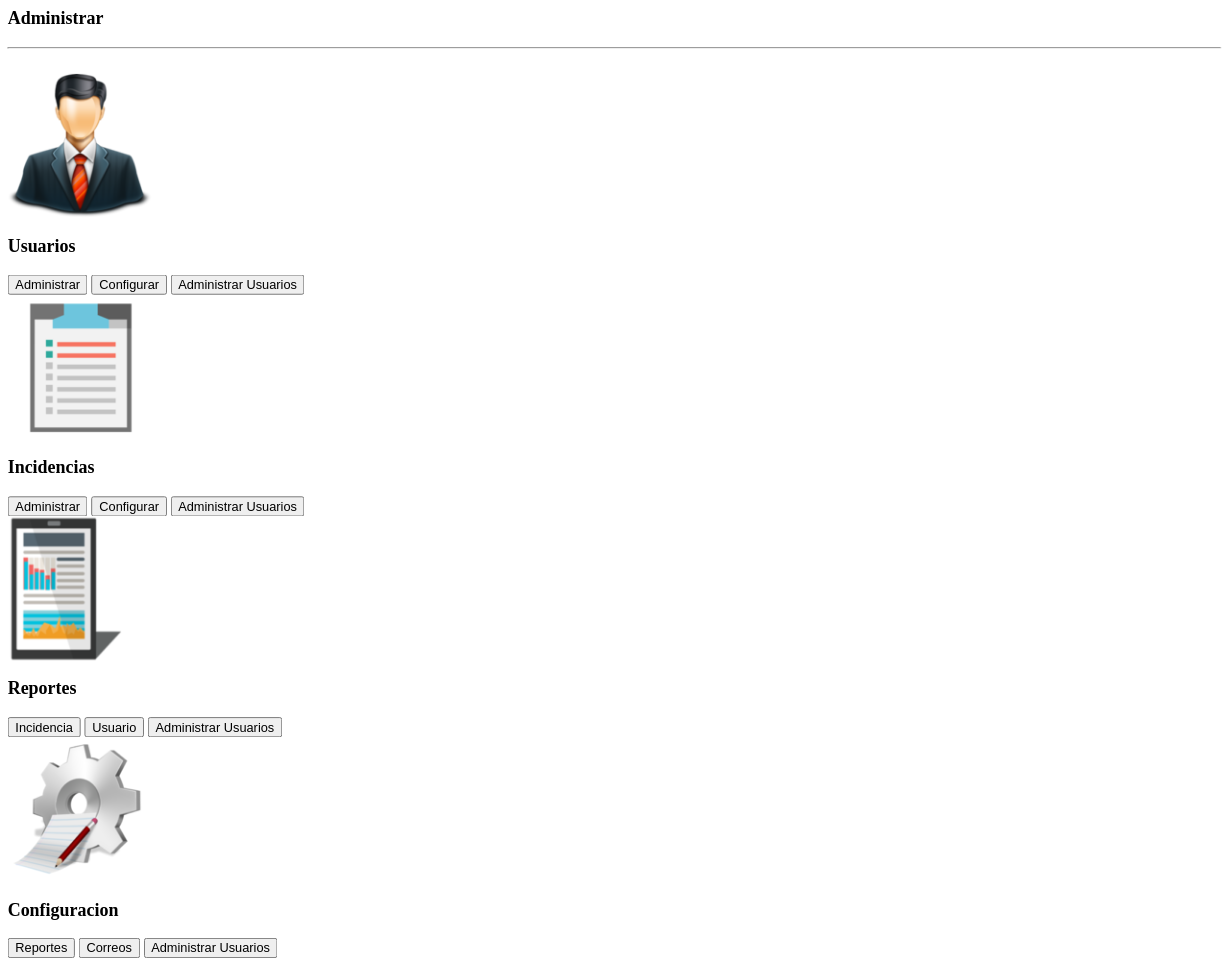
Repository: androla10/ProyectoCibert5to
Page: http://localhost/GDI/Admin/Admin.jsp
These files come from the project's save history. The page is drawn as it stood at one moment and after the next save; the edit follows.
The browser window is 1280 px wide. The pictures show the whole page, at 96% of full size.
The page is served by Tomcat 9. Nobody is signed in. The application's start-up code is not run. Other server files are loaded and not shown.

Above is the page before, as saved 2016-04-25 18:24:24.

### GDI/src/main/webapp/Admin/Admin.jsp
<div class="container-fluid">
	<h3><i class="fa fa-users" aria-hidden="true"></i> Administrar</h3>
	<hr>
	<br>
	<div class="row animated fadeIn">
		<div class="col-xs-12 col-sm-6 col-md-3 col-lg-3">
			<div class="thumbnail">
				<img src="../img/user.png" alt="Imagen User">
				<div class="caption">
					<h3>Usuarios</h3>
					<div class="list-group">
					  <button type="button" class="list-group-item"><i class="fa fa-user fa-1x"></i> Administrar</button>
					  <button type="button" class="list-group-item"><i class="fa fa-cog fa-1x"></i> Configurar</button>
					  <button type="button" class="list-group-item"><i class="fa fa-user fa-1x"></i> Administrar Usuarios</button>
					</div>
				</div>
			</div>
		</div>
		<div class="col-xs-12 col-sm-6 col-md-3 col-lg-3">
			<div class="thumbnail">
				<img src="../img/incidencia.png" alt="...">
				<div class="caption">
					<h3>Incidencias</h3>
					<div class="list-group">
					  <button type="button" class="list-group-item"><i class="fa fa-user fa-1x"></i> Administrar</button>
					  <button type="button" class="list-group-item"><i class="fa fa-user fa-1x"></i> Configurar</button>
					  <button type="button" class="list-group-item"><i class="fa fa-user fa-1x"></i> Administrar Usuarios</button>
					</div>
				</div>
			</div>
		</div>
		<div class="col-xs-12 col-sm-6 col-md-3 col-lg-3">
			<div class="thumbnail">
				<img src="../img/reporte.png" alt="...">
				<div class="caption">
					<h3>Reportes</h3>
					<div class="list-group">
					  <button type="button" class="list-group-item"><i class="fa fa-list-alt fa-1x"></i> Incidencia</button>
					  <button type="button" class="list-group-item"><i class="fa fa-user fa-1x"></i> Usuario</button>
					  <button type="button" class="list-group-item"><i class="fa fa-user fa-1x"></i> Administrar Usuarios</button>
					</div>
				</div>
			</div>
		</div>
		<div class="col-xs-12 col-sm-6 col-md-3 col-lg-3">
			<div class="thumbnail">
				<img src="../img/configuracion.png" alt="...">
				<div class="caption">
					<h3>Configuracion</h3>
					<div class="list-group">
					  <button type="button" class="list-group-item"><i class="fa fa-user fa-1x"></i> Reportes</button>
					  <button type="button" class="list-group-item"><i class="fa fa-user fa-1x"></i> Correos</button>
					  <button type="button" class="list-group-item"><i class="fa fa-user fa-1x"></i> Administrar Usuarios</button>
					</div>
				</div>
			</div>
		</div>
	</div>
</div>

After the next save:
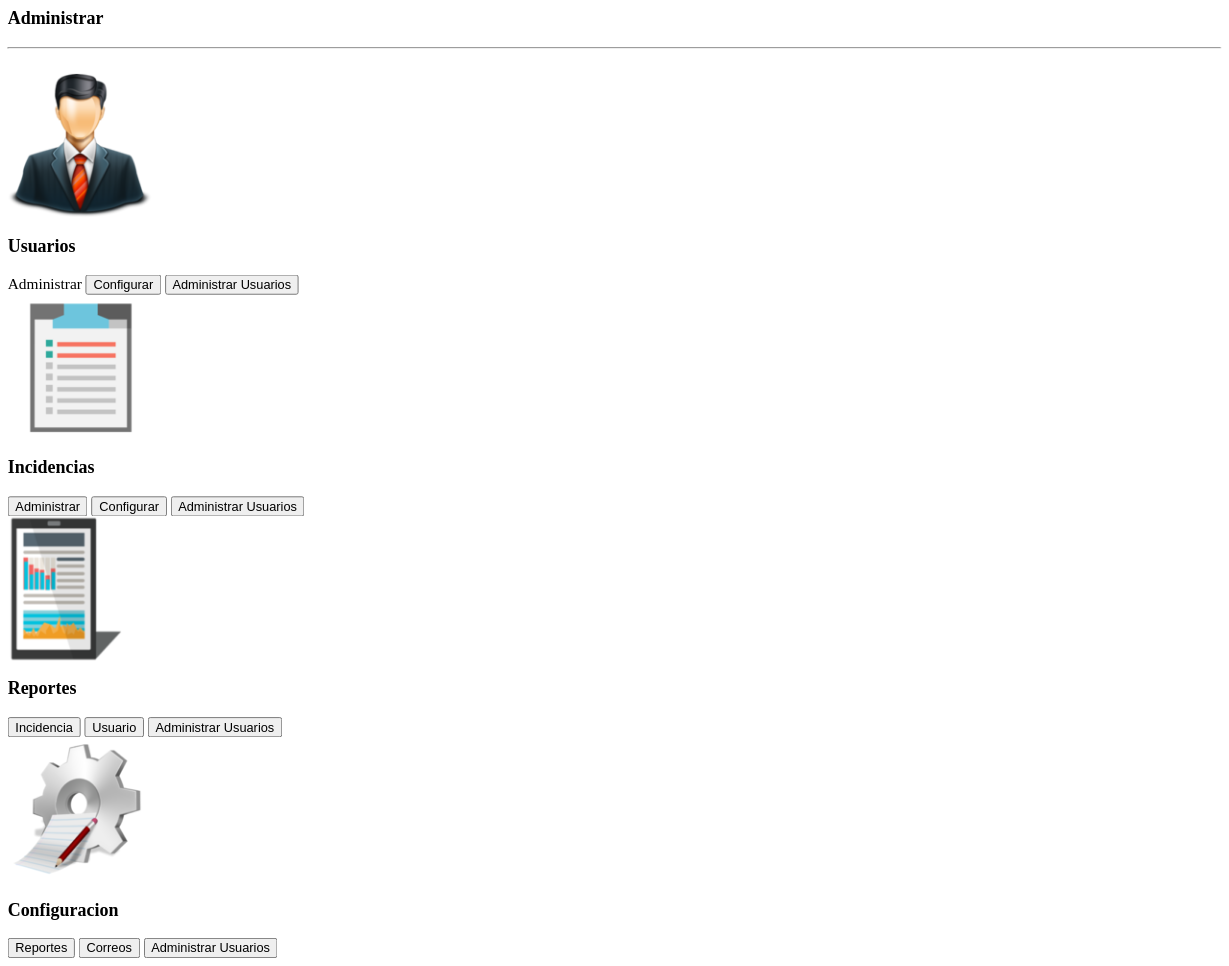
Saved 105 s later.
--- a/GDI/src/main/webapp/Admin/Admin.jsp
+++ b/GDI/src/main/webapp/Admin/Admin.jsp
@@ -9,7 +9,7 @@
 				<div class="caption">
 					<h3>Usuarios</h3>
 					<div class="list-group">
-					  <button type="button" class="list-group-item"><i class="fa fa-user fa-1x"></i> Administrar</button>
+					  <s:a type="button" class="list-group-item" href="../Usuario/Usuarios"><i class="fa fa-user fa-1x"></i> Administrar</button>
 					  <button type="button" class="list-group-item"><i class="fa fa-cog fa-1x"></i> Configurar</button>
 					  <button type="button" class="list-group-item"><i class="fa fa-user fa-1x"></i> Administrar Usuarios</button>
 					</div>
